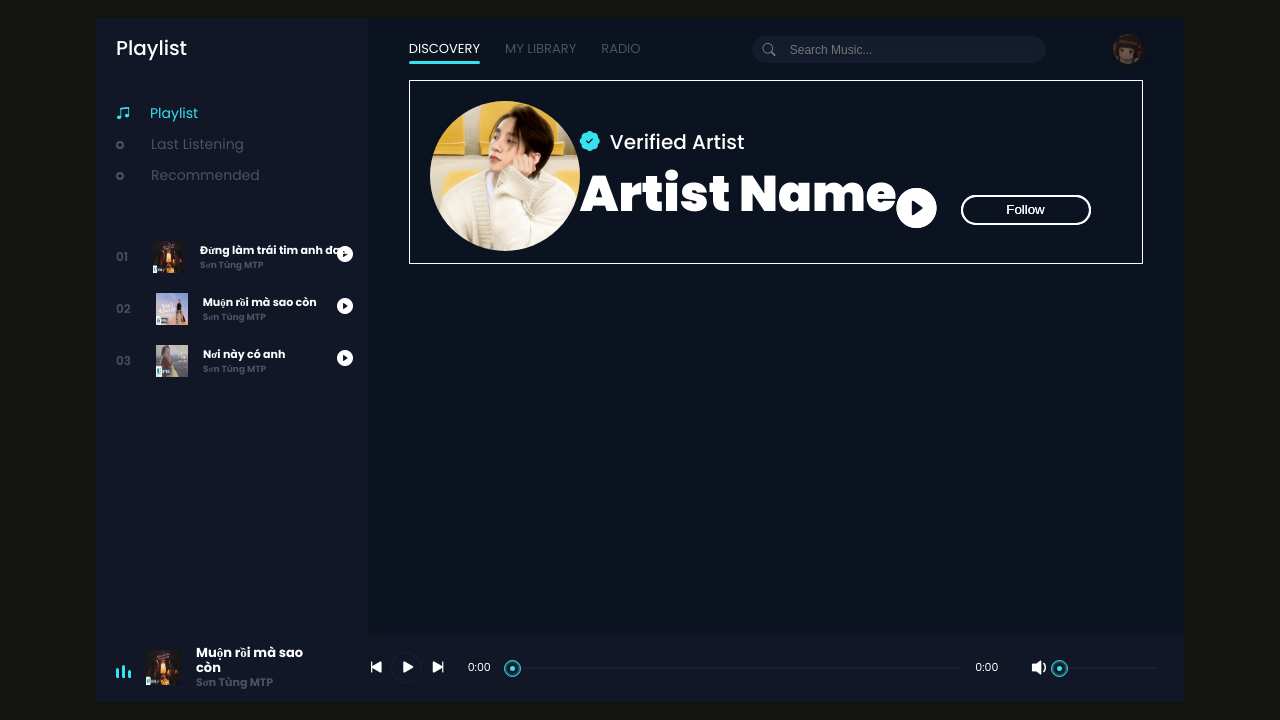
Repository: reminzuetto/Music-Website
Page: index.html
The author's editor kept a copy of each file at every save. The page is drawn from the files as they stood at one save, then again after the next save.
The browser window is 1280 px wide. The pictures show the whole page.

Above is the page before, as saved 2024-06-11 13:05:01.

After the next save:
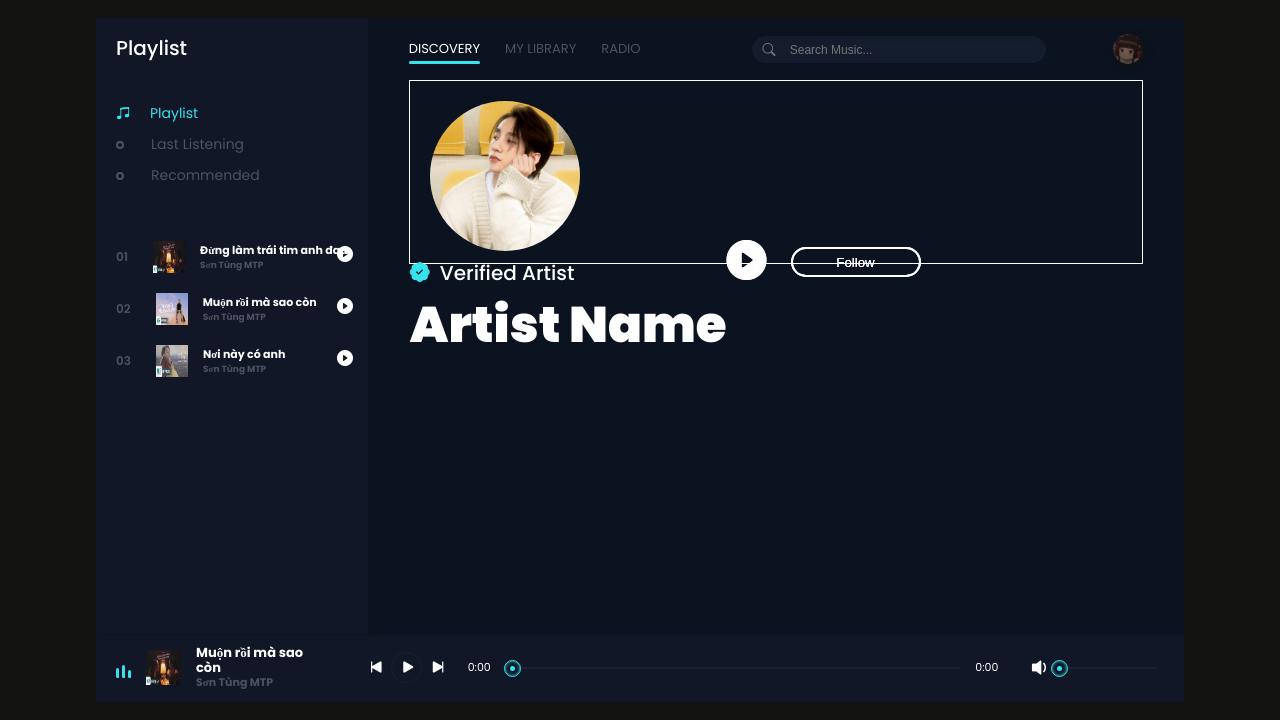
Saved 38 s later.
--- a/index.html
+++ b/index.html
@@ -78,15 +78,17 @@
         </nav>
         <div class="content">
           <div class="artist_header">
-            <div class="artist_image">
-              <img src="./ArtistWallPaper/MTP.jpg" alt="" />
-            </div>
-            <div class="artist_infos">
-              <div class="verified">
-                <div><i class="bi bi-patch-check-fill"></i></div>
-                <h5>Verified Artist</h5>
+            <div class="header_uppder">
+              <div class="artist_image">
+                <img src="./ArtistWallPaper/MTP.jpg" alt="" />
               </div>
-              <div class="artist_name">Artist Name</div>
+              <div class="artist_infos">
+                <div class="verified">
+                  <div><i class="bi bi-patch-check-fill"></i></div>
+                  <h5>Verified Artist</h5>
+                </div>
+                <div class="artist_name">Artist Name</div>
+              </div>
             </div>
             <div class="buttons">
               <button class="play">
